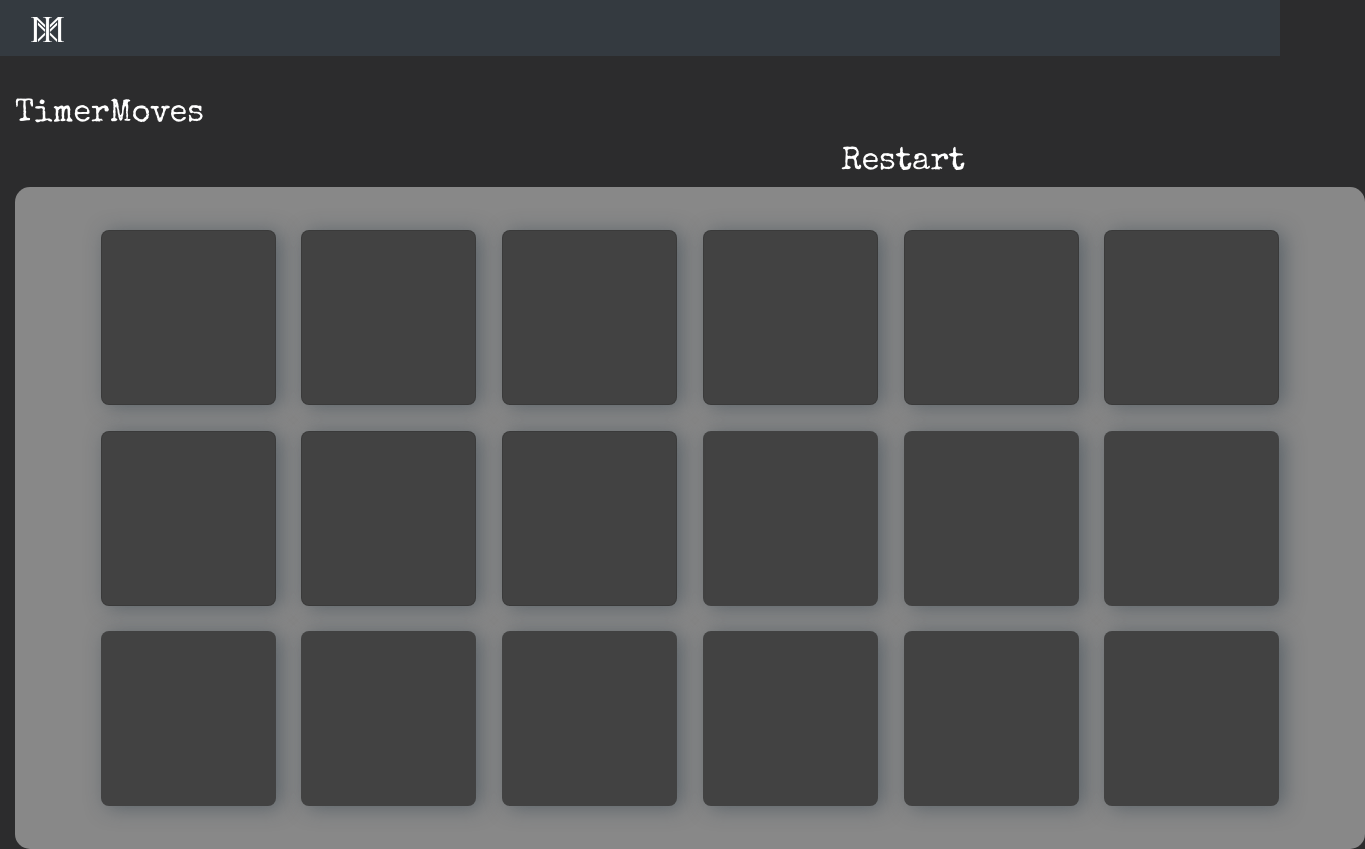
Repository: Code-Institute-Submissions/Milestone-25
Page: game.html
The author's editor kept a record of every edit. The page is drawn from the files as they stood at one moment, then again after the next edit.
The browser window is 1280 px wide. The page is 1365 px wide, so the pictures cover 1365 px, including what lies to the right of the window. The pictures show the whole page.
Some web libraries are served in a nearby version.

Above is the page before.

After the next edit:
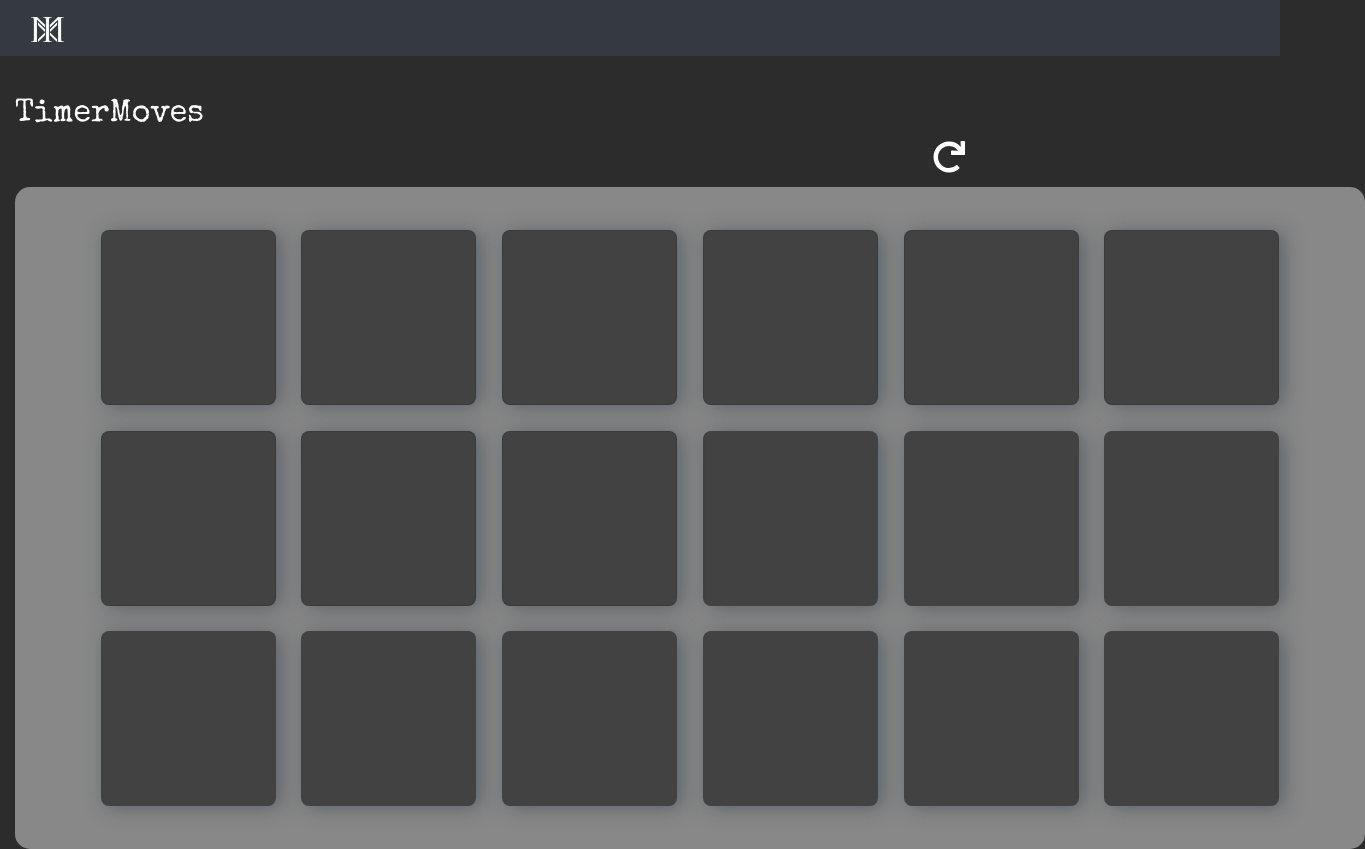
The edit:
--- a/game.html
+++ b/game.html
@@ -28,7 +28,7 @@
   <section class="requirements">
     <div class="timer">Timer</div>
     <div class="moves">Moves</div>
-    <div class="restart">Restart</div>
+    <div class="restart"><i class="fas fa-redo"></i></div>
   </section>
 
   <ul class="gamedeck">
